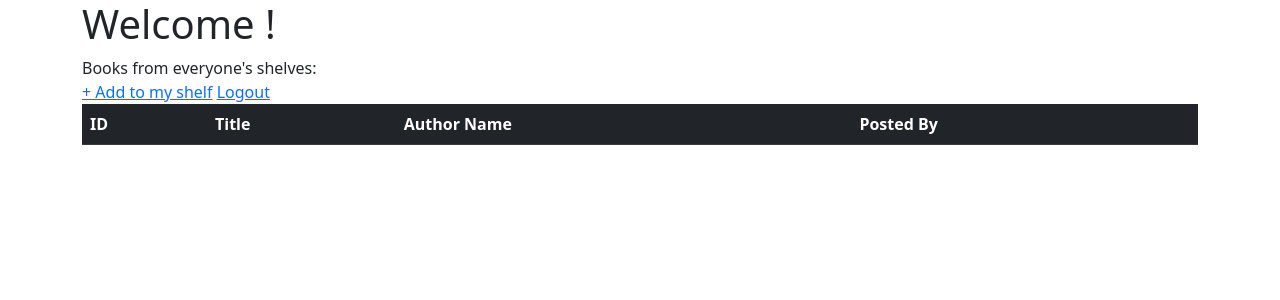
Repository: Bearmeadow92/CodingBootcamp
Page: http://localhost/BookClub/WEB-INF/dashboard.jsp
The author's editor kept a copy of each file at every save. The page is drawn from the files as they stood at one save, then again after the next save.
The browser window is 1280 px wide. The pictures show the whole page.
The page is served by Tomcat 9. Nobody is signed in. The template is opened directly, without the code that normally fills it, so the values that code supplies are empty.

Above is the page before, as saved 2022-04-20 18:51:00.

After the next save:
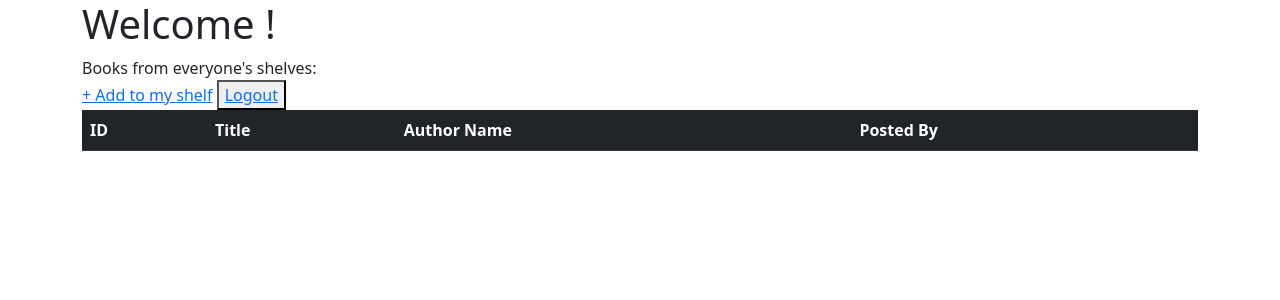
Saved 20 s later.
--- a/Coding Dojo STS/New_STS_Workspace/BookClub/src/main/webapp/WEB-INF/dashboard.jsp
+++ b/Coding Dojo STS/New_STS_Workspace/BookClub/src/main/webapp/WEB-INF/dashboard.jsp
@@ -15,7 +15,7 @@
 		<h1>Welcome <c:out value="${user.firstName}"/>!</h1>
 		<div>Books from everyone's shelves:</div>
 		<a href="/books/new">+ Add to my shelf</a>
-		<a href="/">Logout</a>
+		<button><a href="/">Logout</a></button>
 		<table class="table table-dark">
 			<thead>
 				<tr>

After the save that followed:
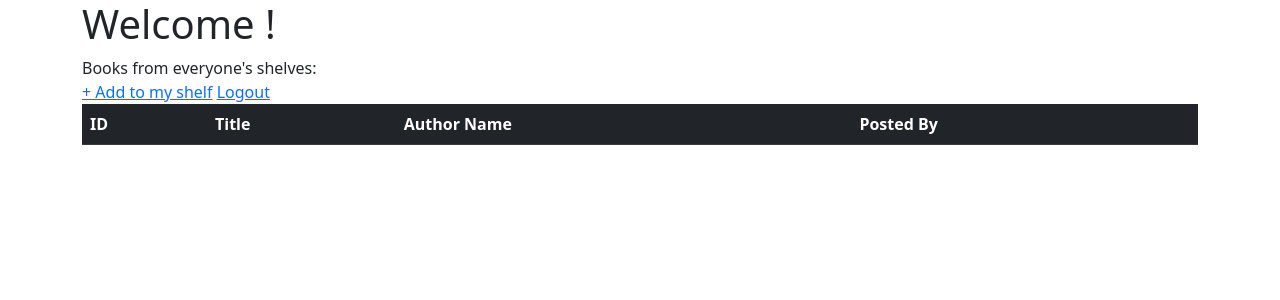
Saved 10 s later.
--- a/Coding Dojo STS/New_STS_Workspace/BookClub/src/main/webapp/WEB-INF/dashboard.jsp
+++ b/Coding Dojo STS/New_STS_Workspace/BookClub/src/main/webapp/WEB-INF/dashboard.jsp
@@ -15,7 +15,7 @@
 		<h1>Welcome <c:out value="${user.firstName}"/>!</h1>
 		<div>Books from everyone's shelves:</div>
 		<a href="/books/new">+ Add to my shelf</a>
-		<button><a href="/">Logout</a></button>
+		<a href="/">Logout</a>
 		<table class="table table-dark">
 			<thead>
 				<tr>
